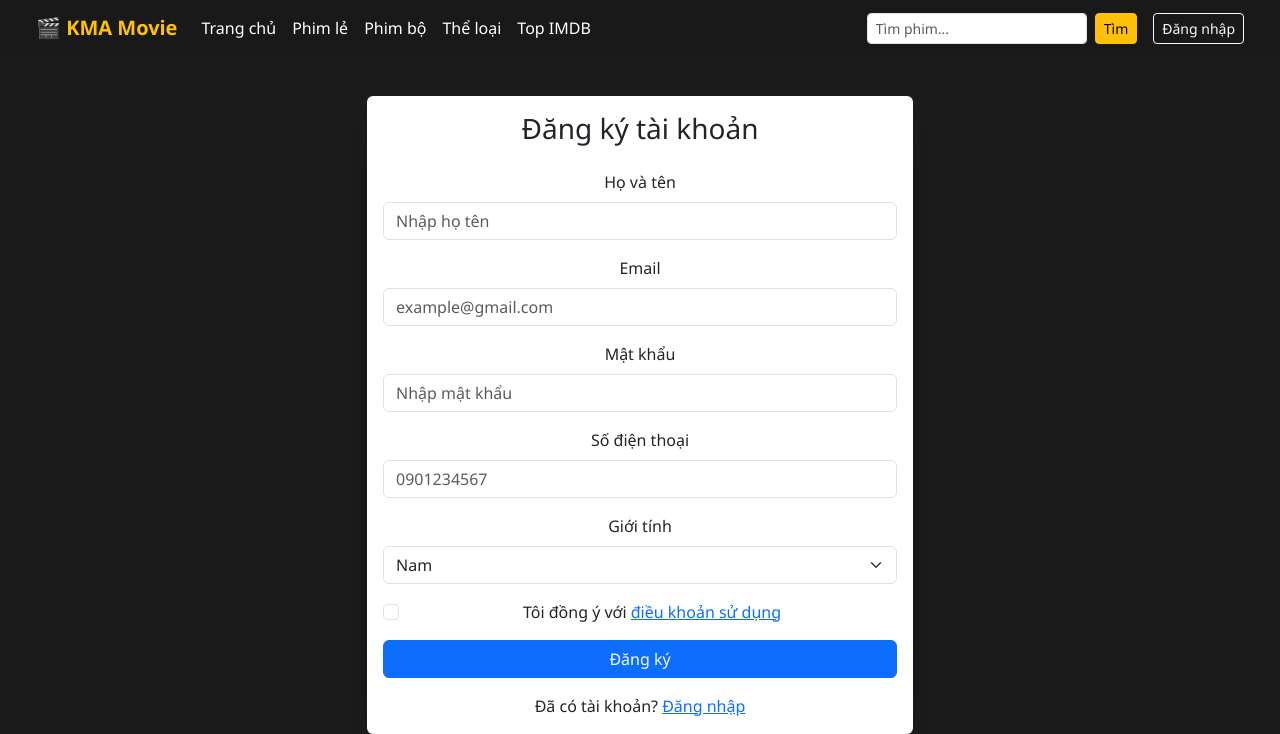
Repository: takagi2004/KMA_Nhom27_TTCS_WebXemFilm_FonEnd
Page: /dang-ky
These files come from the project's save history. The page is drawn as it stood at one moment and after the next save; the edit follows.
The browser window is 1280 px wide. The pictures show the whole page.
The project was rebuilt for these pictures with package versions that can differ from the ones it lists, and the page was loaded fresh each time. Also part of the build but not shown: src/layout/header/foode-narbar-carosel/Footer.tsx, src/layout/danhsachphim/Props/PhimCard.tsx, src/layout/danhsachphim/DanhSachPhim.tsx, src/api/PhimAPI.ts, src/layout/header/foode-narbar-carosel/Carousel.tsx, src/api/TheloaiApi.ts, src/layout/danhsachphim/danhsachtheloai/DanhSachTheloai.tsx, src/layout/header/Header.tsx and 6 more.

Above is the page before, as saved 2025-08-07 23:58:50.

### public/index.html
<!DOCTYPE html>
<html lang="en">
  <head>
    <meta charset="utf-8" />
    <link rel="icon" href="%PUBLIC_URL%/favicon.ico" />
    <meta name="viewport" content="width=device-width, initial-scale=1" />
    <meta name="theme-color" content="#000000" />
    <meta
      name="description"
      content="Web site created using create-react-app"
    />
    <link rel="apple-touch-icon" href="%PUBLIC_URL%/logo192.png" />
    <!--
      manifest.json provides metadata used when your web app is installed on a
      user's mobile device or desktop. See https://developers.google.com/web/fundamentals/web-app-manifest/
    -->
    <link rel="manifest" href="%PUBLIC_URL%/manifest.json" />
    <!--
      Notice the use of %PUBLIC_URL% in the tags above.
      It will be replaced with the URL of the `public` folder during the build.
      Only files inside the `public` folder can be referenced from the HTML.

      Unlike "/favicon.ico" or "favicon.ico", "%PUBLIC_URL%/favicon.ico" will
      work correctly both with client-side routing and a non-root public URL.
      Learn how to configure a non-root public URL by running `npm run build`.
    -->
    <link href="https://cdn.jsdelivr.net/npm/bootstrap@5.3.7/dist/css/bootstrap.min.css" rel="stylesheet" integrity="sha384-LN+7fdVzj6u52u30Kp6M/trliBMCMKTyK833zpbD+pXdCLuTusPj697FH4R/5mcr" crossorigin="anonymous">
    <link rel="stylesheet" href="https://cdnjs.cloudflare.com/ajax/libs/font-awesome/5.15.3/css/all.min.css">
    <title>Xem Phim Hay,Mới Nhất Tại Phimmoi.com</title>
  </head>
  <body>
    <noscript>You need to enable JavaScript to run this app.</noscript>
    <div id="root"></div>
    <!--
      This HTML file is a template.
      If you open it directly in the browser, you will see an empty page.

      You can add webfonts, meta tags, or analytics to this file.
      The build step will place the bundled scripts into the <body> tag.

      To begin the development, run `npm start` or `yarn start`.
      To create a production bundle, use `npm run build` or `yarn build`.
    -->
    <script src="https://cdn.jsdelivr.net/npm/bootstrap@5.3.7/dist/js/bootstrap.bundle.min.js" integrity="sha384-ndDqU0Gzau9qJ1lfW4pNLlhNTkCfHzAVBReH9diLvGRem5+R9g2FzA8ZGN954O5Q" crossorigin="anonymous"></script>
  </body>
</html>

### src/App.tsx
import React from 'react';
import Hompage from './layout/Hompage';
import { BrowserRouter as Router, Routes, Route } from "react-router-dom";
import DanhSachChiTietTheLoai from './layout/danhsachphim/danhsachtheloai/DanhSachChiTietTheLoai';
import Navbar from './layout/header/foode-narbar-carosel/Narbar';
import ChiTietPhim from './layout/danhsachphim/ChiTietPhim';
import DangKyNguoiDung from './user/DangKyNguoiDung';

function App() {
  return (
    <div className="App">
      <Router>
        <Navbar />
        <div className="main-content">
          <Routes>
            <Route path="/" element={<Hompage />} />
            <Route path="/the-loai/:idTheLoai" element={<DanhSachChiTietTheLoai />} />
            <Route path="/phim/:id" element={<ChiTietPhim />} />
            <Route path="/dang-ky" element={<DangKyNguoiDung />} /> {/* ✅ thêm router đăng ký */}
          </Routes>
        </div>
      </Router>
    </div>
  );
}

export default App;

### src/layout/header/foode-narbar-carosel/Narbar.tsx
import React, { useEffect, useState } from "react";
import "./../../../App.css";

const Navbar: React.FC = () => {
  const [scrolled, setScrolled] = useState(false);

  // Theo dõi sự kiện scroll để đổi trạng thái navbar
  useEffect(() => {
    const handleScroll = () => {
      if (window.scrollY > 50) {
        setScrolled(true);
      } else {
        setScrolled(false);
      }
    };

    window.addEventListener("scroll", handleScroll);
    return () => {
      window.removeEventListener("scroll", handleScroll);
    };
  }, []);

  return (
    <nav
      className={`navbar navbar-expand-lg fixed-top px-4 ${
        scrolled ? "navbar-dark bg-dark shadow" : "navbar-dark bg-transparent"
      }`}
    >
      <div className="container-fluid">
        {/* Logo */}
        <a className="navbar-brand fw-bold text-warning" href="/">
          🎬 KMA Movie
        </a>

        {/* Menu icon mobile */}
        <button
          className="navbar-toggler"
          type="button"
          data-bs-toggle="collapse"
          data-bs-target="#navbarMovie"
          aria-controls="navbarMovie"
          aria-expanded="false"
          aria-label="Toggle navigation"
        >
          <span className="navbar-toggler-icon"></span>
        </button>

        {/* Menu */}
        <div className="collapse navbar-collapse" id="navbarMovie">
          <ul className="navbar-nav me-auto mb-2 mb-lg-0">
            <li className="nav-item"><a className="nav-link active" href="/">Trang chủ</a></li>
            <li className="nav-item"><a className="nav-link" href="/phim-le">Phim lẻ</a></li>
            <li className="nav-item"><a className="nav-link" href="/phim-bo">Phim bộ</a></li>
            <li className="nav-item"><a className="nav-link" href="/the-loai">Thể loại</a></li>
            <li className="nav-item"><a className="nav-link" href="/top-imdb">Top IMDB</a></li>
          </ul>

          {/* Search */}
          <form className="d-flex me-3">
            <input
              className="form-control form-control-sm me-2"
              type="search"
              placeholder="Tìm phim..."
            />
            <button className="btn btn-sm btn-warning" type="submit">
              Tìm
            </button>
          </form>

          {/* Icon user */}
          <a className="btn btn-outline-light btn-sm">Đăng nhập</a>
        </div>
      </div>
    </nav>
  );
};

export default Navbar;

### src/user/DangKyNguoiDung.tsx
import React, { useState, useEffect } from "react";
import { useNavigate } from "react-router-dom";

const DangKyNguoiDung: React.FC = () => {
  const [formData, setFormData] = useState<DangKyNguoiDung>({
    hoTen: "",
    email: "",
    matKhau: "",
    soDienThoai: "",
    gioiTinh: "NAM",
  });

  const [dongYDieuKhoan, setDongYDieuKhoan] = useState(false);
  const [daDangNhap, setDaDangNhap] = useState(false);
  const [message, setMessage] = useState<string | null>(null);
  const navigate = useNavigate();

  useEffect(() => {
    const token = localStorage.getItem("token");
    if (token) {
      try {
        const decoded: any = jwtDecode(token);
        if (decoded && decoded.sub) {
          setDaDangNhap(true);
        }
      } catch (error) {
        console.error("Token không hợp lệ");
      }
    }
  }, []);

  const handleChange = (e: React.ChangeEvent<HTMLInputElement | HTMLSelectElement>) => {
    const { name, value } = e.target;
    setFormData(prev => ({ ...prev, [name]: value }));
  };

  const handleSubmit = async (e: React.FormEvent) => {
    e.preventDefault();
    if (!dongYDieuKhoan) {
      setMessage("Bạn phải đồng ý với điều khoản sử dụng.");
      return;
    }

    try {
      await TaiKhoanAPI.dangKyNguoiDung(formData);
      setMessage("Đăng ký thành công! Hãy đăng nhập.");
      setTimeout(() => navigate("/dang-nhap"), 2000);
    } catch (error) {
      setMessage("Đăng ký thất bại. Vui lòng thử lại.");
    }
  };

  if (daDangNhap) {
    return (
      <div className="container mt-5 pt-5">
        <div className="alert alert-warning text-center">
          Bạn đã đăng nhập. Không thể đăng ký tài khoản mới.
        </div>
      </div>
    );
  }

  return (
    <div className="container mt-5 pt-5">
      <div className="row justify-content-center">
        <div className="col-md-8 col-lg-6">
          <div className="card shadow-lg border-0">
            <div className="card-body">
              <h3 className="card-title text-center mb-4">Đăng ký tài khoản</h3>
              {message && <div className="alert alert-info">{message}</div>}
              <form onSubmit={handleSubmit}>
                <div className="mb-3">
                  <label htmlFor="hoTen" className="form-label">Họ và tên</label>
                  <input
                    type="text"
                    className="form-control"
                    id="hoTen"
                    name="hoTen"
                    value={formData.hoTen}
                    onChange={handleChange}
                    required
                    placeholder="Nhập họ tên"
                  />
                </div>
                <div className="mb-3">
                  <label htmlFor="email" className="form-label">Email</label>
                  <input
                    type="email"
                    className="form-control"
                    id="email"
                    name="email"
                    value={formData.email}
                    onChange={handleChange}
                    required
                    placeholder="example@gmail.com"
                  />
                </div>
                <div className="mb-3">
                  <label htmlFor="matKhau" className="form-label">Mật khẩu</label>
                  <input
                    type="password"
                    className="form-control"
                    id="matKhau"
                    name="matKhau"
                    value={formData.matKhau}
                    onChange={handleChange}
                    required
                    placeholder="Nhập mật khẩu"
                  />
                </div>
                <div className="mb-3">
                  <label htmlFor="soDienThoai" className="form-label">Số điện thoại</label>
                  <input
                    type="text"
                    className="form-control"
                    id="soDienThoai"
                    name="soDienThoai"
                    value={formData.soDienThoai}
                    onChange={handleChange}
                    required
                    placeholder="0901234567"
                  />
                </div>
                <div className="mb-3">
                  <label htmlFor="gioiTinh" className="form-label">Giới tính</label>
                  <select
                    className="form-select"
                    id="gioiTinh"
                    name="gioiTinh"
                    value={formData.gioiTinh}
                    onChange={handleChange}
                  >
                    <option value="NAM">Nam</option>
                    <option value="NU">Nữ</option>
                    <option value="KHAC">Khác</option>
                  </select>
                </div>
                <div className="form-check mb-3">
                  <input
                    className="form-check-input"
                    type="checkbox"
                    id="dongY"
                    checked={dongYDieuKhoan}
                    onChange={(e) => setDongYDieuKhoan(e.target.checked)}
                  />
                  <label className="form-check-label" htmlFor="dongY">
                    Tôi đồng ý với <a href="/dieu-khoan" target="_blank" rel="noopener noreferrer">điều khoản sử dụng</a>
                  </label>
                </div>
                <div className="d-grid">
                  <button type="submit" className="btn btn-primary">Đăng ký</button>
                </div>
              </form>
              <div className="mt-3 text-center">
                Đã có tài khoản? <a href="/dang-nhap">Đăng nhập</a>
              </div>
            </div>
          </div>
        </div>
      </div>
    </div>
  );
};

export default DangKyNguoiDung;

### src/api/DangKyAPI.ts
import axios from "axios";
import { DangKyModel } from "../model/DangKyModel";

const API_BASE_URL = "http://localhost:8080/api"; // Cập nhật nếu cần

export const DangKyAPI = {
  dangKyTaiKhoan: async (duLieu: DangKyModel): Promise<void> => {
    try {
      await axios.post(`${API_BASE_URL}/tai-khoan/dang-ky`, duLieu);
    } catch (error: any) {
      console.error("Lỗi khi đăng ký tài khoản:", error);
      throw error.response?.data || error.message;
    }
  },
};

Loaded but not shown: src/index.tsx (common file); src/index.css (common file); src/reportWebVitals.ts (common file); src/App.css (453 lines, source omitted)

After the next save:
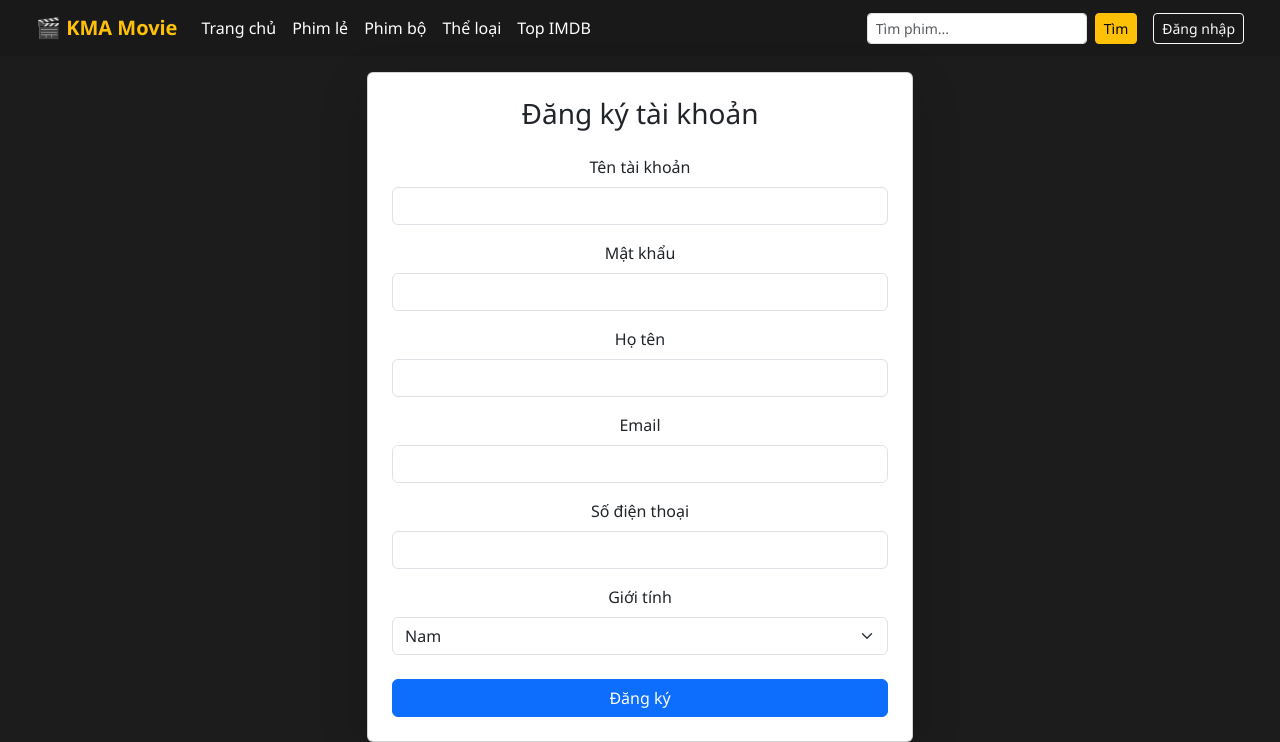
Saved 4 s later.
--- a/src/user/DangKyNguoiDung.tsx
+++ b/src/user/DangKyNguoiDung.tsx
@@ -1,76 +1,74 @@
-import React, { useState, useEffect } from "react";
-import { useNavigate } from "react-router-dom";
+import React, { useState } from "react";
+import { DangKyAPI } from "../api/DangKyAPI";
+import { DangKyModel } from "../model/DangKyModel";
 
 const DangKyNguoiDung: React.FC = () => {
-  const [formData, setFormData] = useState<DangKyNguoiDung>({
+  const [formData, setFormData] = useState<DangKyModel>({
+    taiKhoan: "",
+    matKhau: "",
     hoTen: "",
     email: "",
-    matKhau: "",
     soDienThoai: "",
     gioiTinh: "NAM",
   });
 
-  const [dongYDieuKhoan, setDongYDieuKhoan] = useState(false);
-  const [daDangNhap, setDaDangNhap] = useState(false);
-  const [message, setMessage] = useState<string | null>(null);
-  const navigate = useNavigate();
-
-  useEffect(() => {
-    const token = localStorage.getItem("token");
-    if (token) {
-      try {
-        const decoded: any = jwtDecode(token);
-        if (decoded && decoded.sub) {
-          setDaDangNhap(true);
-        }
-      } catch (error) {
-        console.error("Token không hợp lệ");
-      }
-    }
-  }, []);
+  const [thongBao, setThongBao] = useState<string>("");
 
   const handleChange = (e: React.ChangeEvent<HTMLInputElement | HTMLSelectElement>) => {
     const { name, value } = e.target;
-    setFormData(prev => ({ ...prev, [name]: value }));
+    setFormData((prev) => ({
+      ...prev,
+      [name]: value,
+    }));
   };
 
   const handleSubmit = async (e: React.FormEvent) => {
     e.preventDefault();
-    if (!dongYDieuKhoan) {
-      setMessage("Bạn phải đồng ý với điều khoản sử dụng.");
-      return;
-    }
-
     try {
-      await TaiKhoanAPI.dangKyNguoiDung(formData);
-      setMessage("Đăng ký thành công! Hãy đăng nhập.");
-      setTimeout(() => navigate("/dang-nhap"), 2000);
+      await DangKyAPI.dangKyTaiKhoan(formData);
+      setThongBao("Đăng ký thành công!");
     } catch (error) {
-      setMessage("Đăng ký thất bại. Vui lòng thử lại.");
+      console.error("Lỗi:", error);
+      setThongBao("Đăng ký thất bại. Vui lòng thử lại.");
     }
   };
 
-  if (daDangNhap) {
-    return (
-      <div className="container mt-5 pt-5">
-        <div className="alert alert-warning text-center">
-          Bạn đã đăng nhập. Không thể đăng ký tài khoản mới.
-        </div>
-      </div>
-    );
-  }
-
   return (
-    <div className="container mt-5 pt-5">
+    <div className="container mt-5 pt-4">
       <div className="row justify-content-center">
-        <div className="col-md-8 col-lg-6">
-          <div className="card shadow-lg border-0">
-            <div className="card-body">
-              <h3 className="card-title text-center mb-4">Đăng ký tài khoản</h3>
-              {message && <div className="alert alert-info">{message}</div>}
+        <div className="col-lg-6 col-md-8 col-sm-12">
+          <div className="card shadow-lg">
+            <div className="card-body p-4">
+              <h3 className="text-center mb-4">Đăng ký tài khoản</h3>
               <form onSubmit={handleSubmit}>
                 <div className="mb-3">
-                  <label htmlFor="hoTen" className="form-label">Họ và tên</label>
+                  <label htmlFor="taiKhoan" className="form-label">Tên tài khoản</label>
+                  <input
+                    type="text"
+                    className="form-control"
+                    id="taiKhoan"
+                    name="taiKhoan"
+                    value={formData.taiKhoan}
+                    onChange={handleChange}
+                    required
+                  />
+                </div>
+
+                <div className="mb-3">
+                  <label htmlFor="matKhau" className="form-label">Mật khẩu</label>
+                  <input
+                    type="password"
+                    className="form-control"
+                    id="matKhau"
+                    name="matKhau"
+                    value={formData.matKhau}
+                    onChange={handleChange}
+                    required
+                  />
+                </div>
+
+                <div className="mb-3">
+                  <label htmlFor="hoTen" className="form-label">Họ tên</label>
                   <input
                     type="text"
                     className="form-control"
@@ -79,9 +77,9 @@ const DangKyNguoiDung: React.FC = () => {
                     value={formData.hoTen}
                     onChange={handleChange}
                     required
-                    placeholder="Nhập họ tên"
                   />
                 </div>
+
                 <div className="mb-3">
                   <label htmlFor="email" className="form-label">Email</label>
                   <input
@@ -92,22 +90,9 @@ const DangKyNguoiDung: React.FC = () => {
                     value={formData.email}
                     onChange={handleChange}
                     required
-                    placeholder="example@gmail.com"
                   />
                 </div>
-                <div className="mb-3">
-                  <label htmlFor="matKhau" className="form-label">Mật khẩu</label>
-                  <input
-                    type="password"
-                    className="form-control"
-                    id="matKhau"
-                    name="matKhau"
-                    value={formData.matKhau}
-                    onChange={handleChange}
-                    required
-                    placeholder="Nhập mật khẩu"
-                  />
-                </div>
+
                 <div className="mb-3">
                   <label htmlFor="soDienThoai" className="form-label">Số điện thoại</label>
                   <input
@@ -118,10 +103,10 @@ const DangKyNguoiDung: React.FC = () => {
                     value={formData.soDienThoai}
                     onChange={handleChange}
                     required
-                    placeholder="0901234567"
                   />
                 </div>
-                <div className="mb-3">
+
+                <div className="mb-4">
                   <label htmlFor="gioiTinh" className="form-label">Giới tính</label>
                   <select
                     className="form-select"
@@ -135,25 +120,15 @@ const DangKyNguoiDung: React.FC = () => {
                     <option value="KHAC">Khác</option>
                   </select>
                 </div>
-                <div className="form-check mb-3">
-                  <input
-                    className="form-check-input"
-                    type="checkbox"
-                    id="dongY"
-                    checked={dongYDieuKhoan}
-                    onChange={(e) => setDongYDieuKhoan(e.target.checked)}
-                  />
-                  <label className="form-check-label" htmlFor="dongY">
-                    Tôi đồng ý với <a href="/dieu-khoan" target="_blank" rel="noopener noreferrer">điều khoản sử dụng</a>
-                  </label>
+
+                <button type="submit" className="btn btn-primary w-100">Đăng ký</button>
+              </form>
+
+              {thongBao && (
+                <div className="alert alert-info mt-3 text-center" role="alert">
+                  {thongBao}
                 </div>
-                <div className="d-grid">
-                  <button type="submit" className="btn btn-primary">Đăng ký</button>
-                </div>
-              </form>
-              <div className="mt-3 text-center">
-                Đã có tài khoản? <a href="/dang-nhap">Đăng nhập</a>
-              </div>
+              )}
             </div>
           </div>
         </div>
